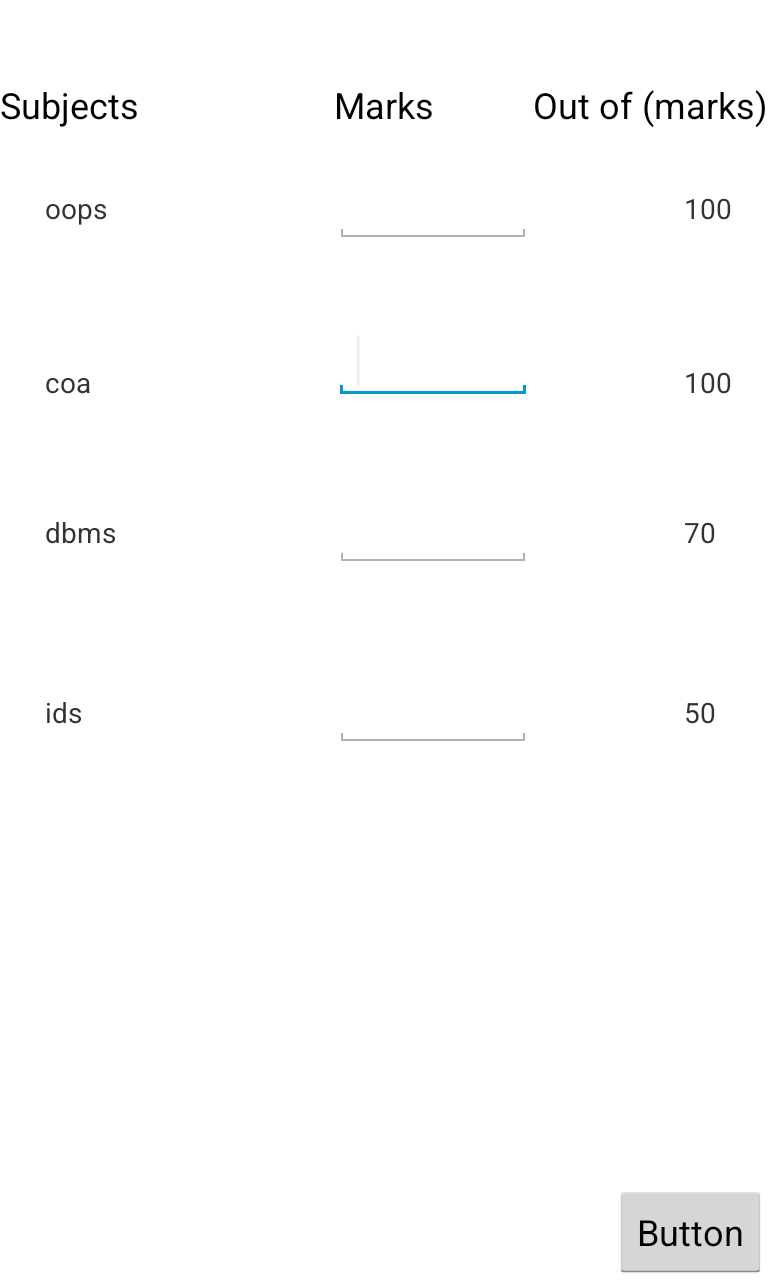
Repository: arjuntheprogrammer/iact
Layout: iact/iact android practice/mywork/ReportCard/res/layout/activity_second.xml
An editor plug-in stored every save of this project. The layout is shown before and after the next save, followed by the edit.
It is drawn on a 768 x 1280 px phone screen (xhdpi) without system bars, with theme AppTheme; the app's code is not run.

Above is the layout before, as saved 2015-12-26 11:00:57.

After the next save:
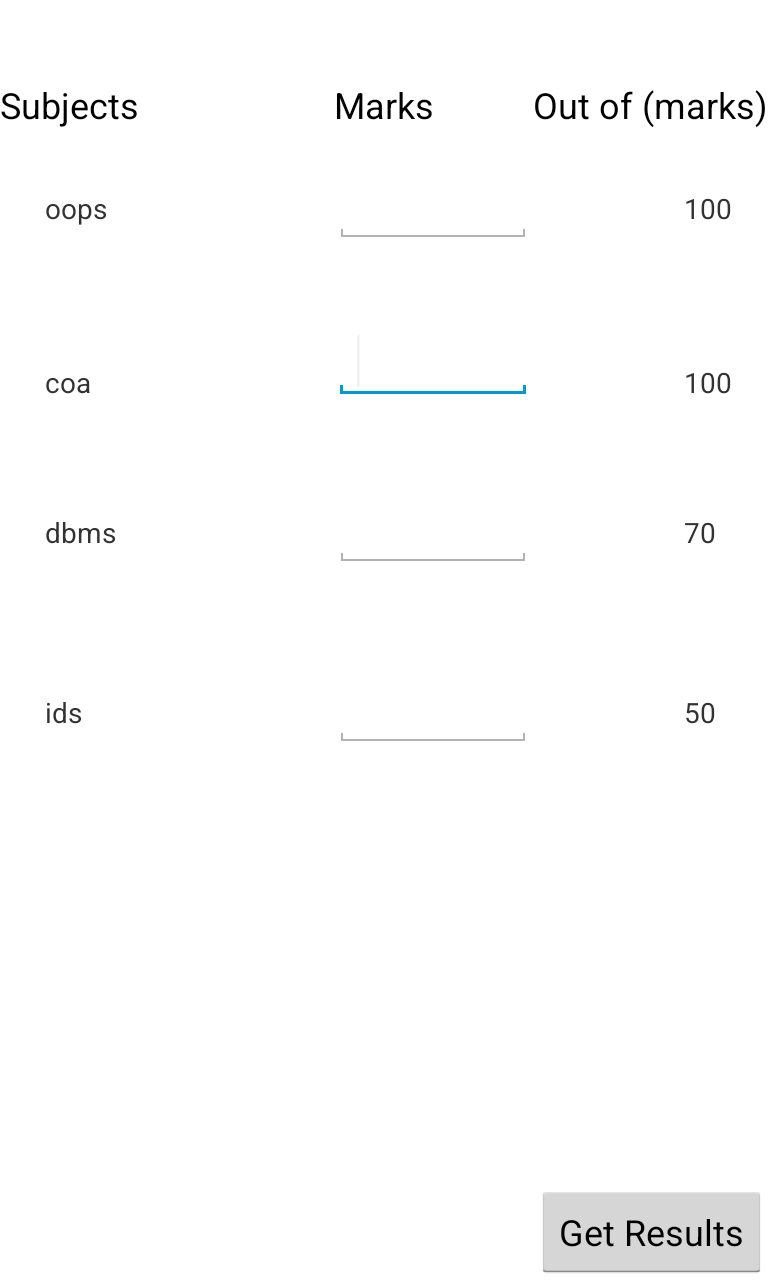
Saved 40 s later.
--- a/iact/iact android practice/mywork/ReportCard/res/layout/activity_second.xml
+++ b/iact/iact android practice/mywork/ReportCard/res/layout/activity_second.xml
@@ -120,7 +120,7 @@
         android:layout_height="wrap_content"
         android:layout_alignParentBottom="true"
         android:layout_alignParentRight="true"
-        android:text="Button" />
+        android:text="Get Results" />
 
     <TextView
         android:id="@+id/textView4"
